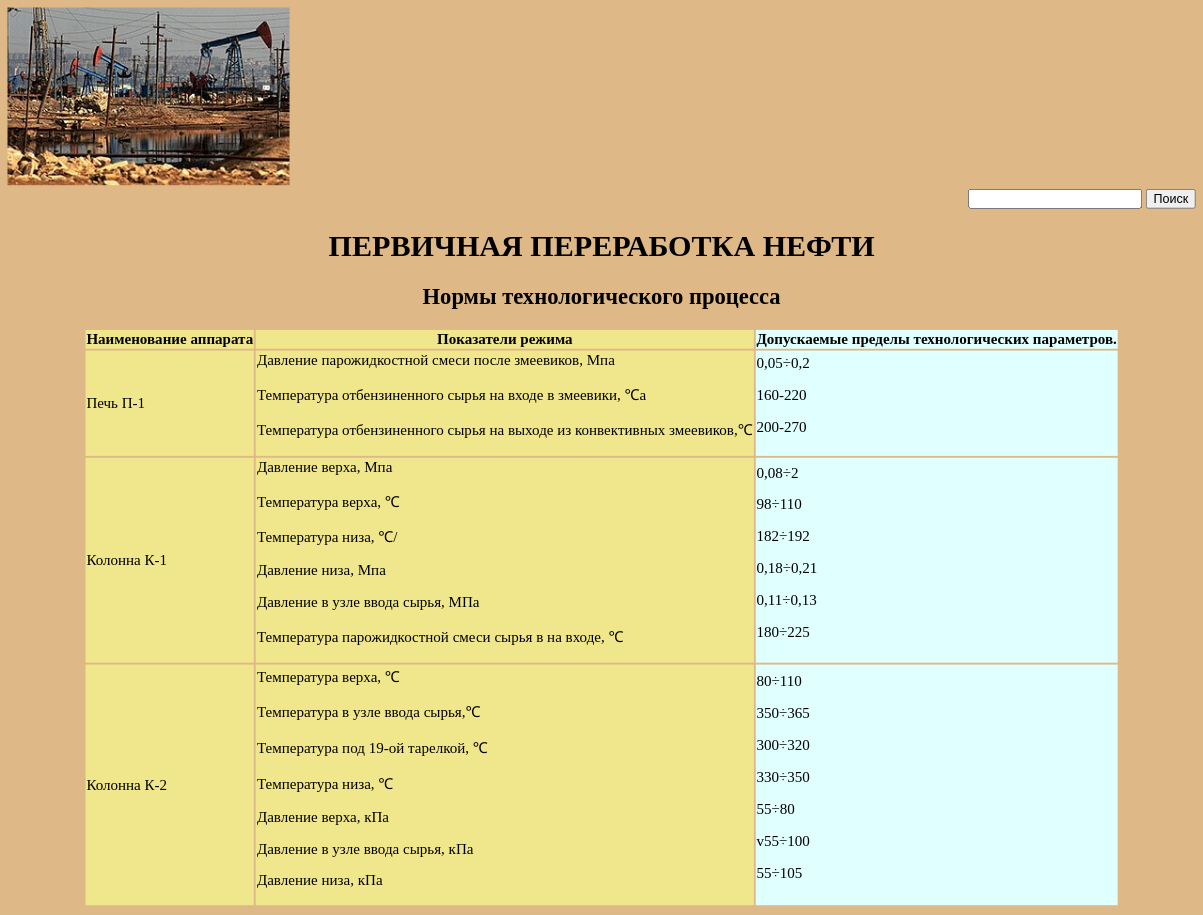
Repository: NastyaSeleznev/NastyaSeleznev.githab.io
Page: week1/norm.html
The author's editor kept a record of every edit. The page is drawn from the files as they stood at one moment, then again after the next edit.
The browser window is 1280 px wide. The pictures show the whole page, at 94% of full size.

Above is the page before.

After the next edit:
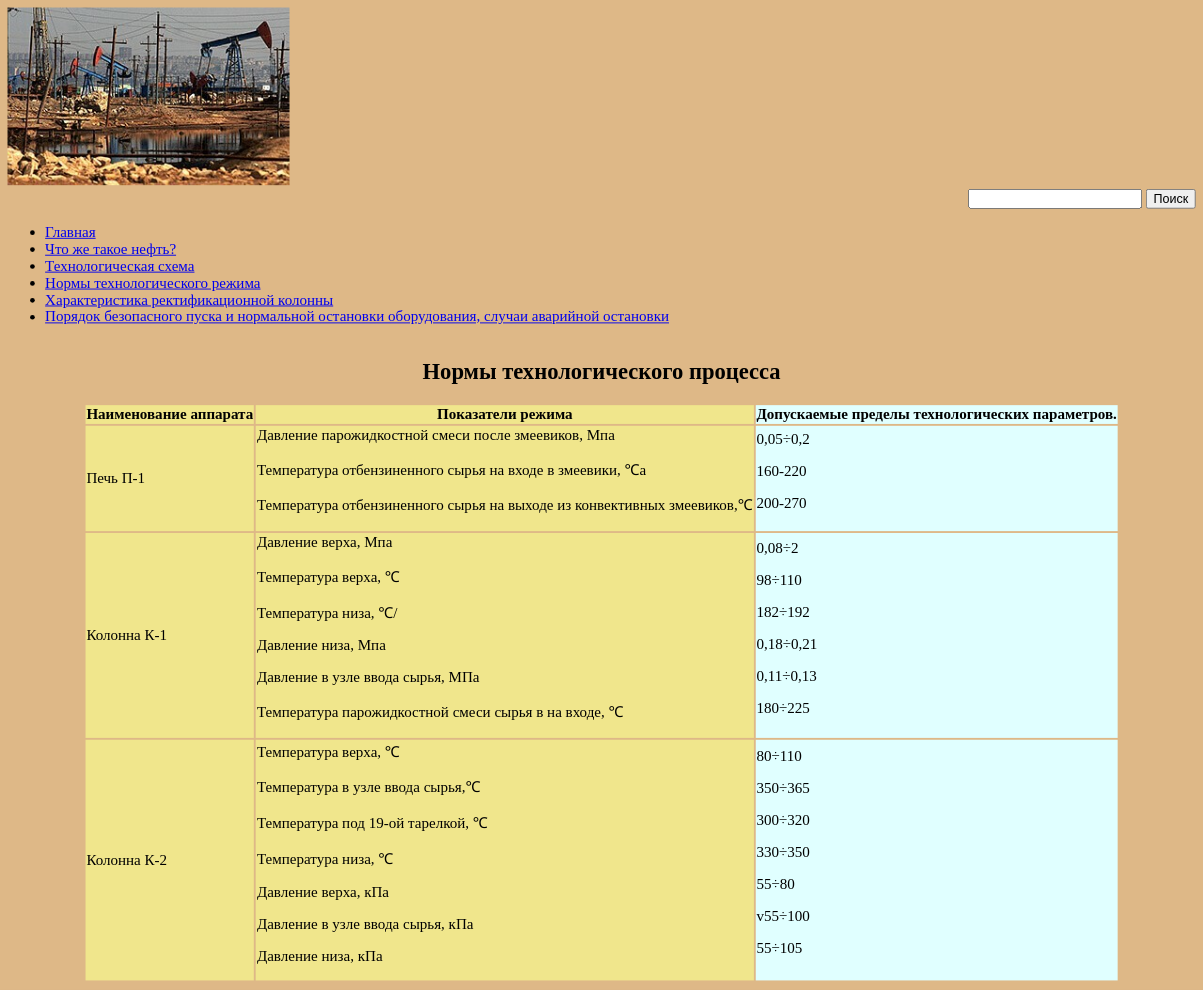
The edit:
--- a/week1/norm.html
+++ b/week1/norm.html
@@ -12,7 +12,18 @@
   <input type="Искать здесь..." name="search">
   <input type="submit" value="Поиск">
 </form>
-		<h1 align="center">ПЕРВИЧНАЯ ПЕРЕРАБОТКА НЕФТИ</h1>
+<div id="flex"
+			<nav>
+					<ul>
+	<li><a href="index.html">Главная</a></li>
+	<li><a href="nevti.html">Что же такое нефть?</a></li>
+	<li><a href="sxem.html">Технологическая схема</a></li>
+	<li><a href="norm.html">Нормы технологического режима</a></li>
+	<li><a href="harakter.html">Характеристика ректификационной колонны</a></li>
+	<li><a href="por.html">Порядок безопасного пуска и нормальной остановки оборудования, случаи аварийной остановки</a></li>
+	</ul>
+	</nav>
+
 			</header>
 				<h2 align="center">Нормы технологического процесса</h2>
 				<main>
